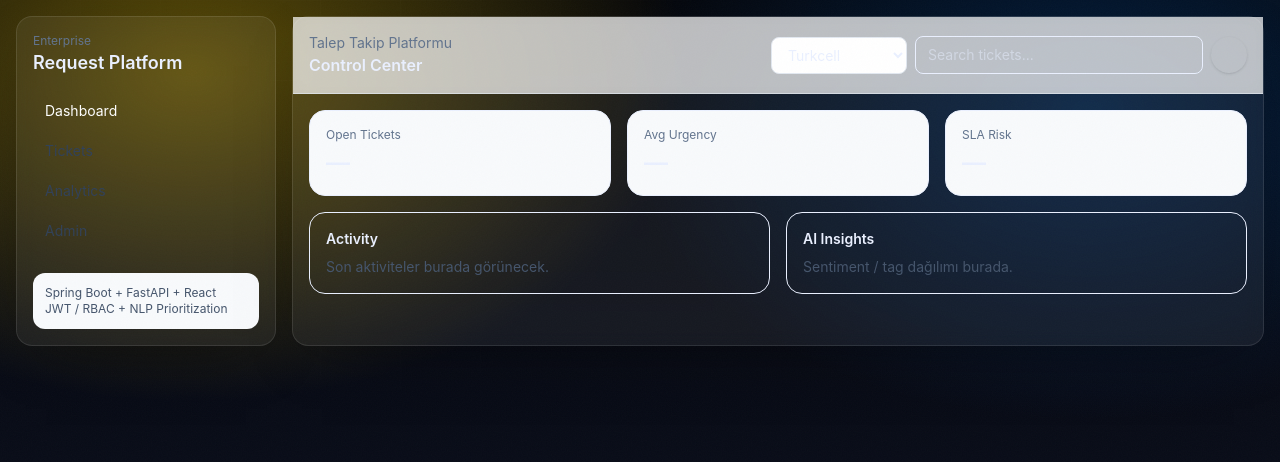
Repository: Salihapeker/enterprise-ai-ticket-system
Page: / (app in Desktop/enterprise-ai-ticket-system/frontend/)
The author's editor kept a copy of each file at every save. The page is drawn from the files as they stood at one save, then again after the next save.
The browser window is 1280 px wide. The pictures show the whole page.
The project was rebuilt for these pictures with package versions that can differ from the ones it lists, and the page was loaded fresh each time. Also part of the build but not shown: Desktop/enterprise-ai-ticket-system/frontend/vite.config.ts, Desktop/enterprise-ai-ticket-system/frontend/src/services/tickets.ts, Desktop/enterprise-ai-ticket-system/frontend/src/pages/TicketsPage.tsx, Desktop/enterprise-ai-ticket-system/frontend/src/pages/AnalyticsPage.tsx, Desktop/enterprise-ai-ticket-system/frontend/src/pages/AdminPage.tsx.

Above is the page before, as saved 2026-03-16 02:38:19.

After the next save:
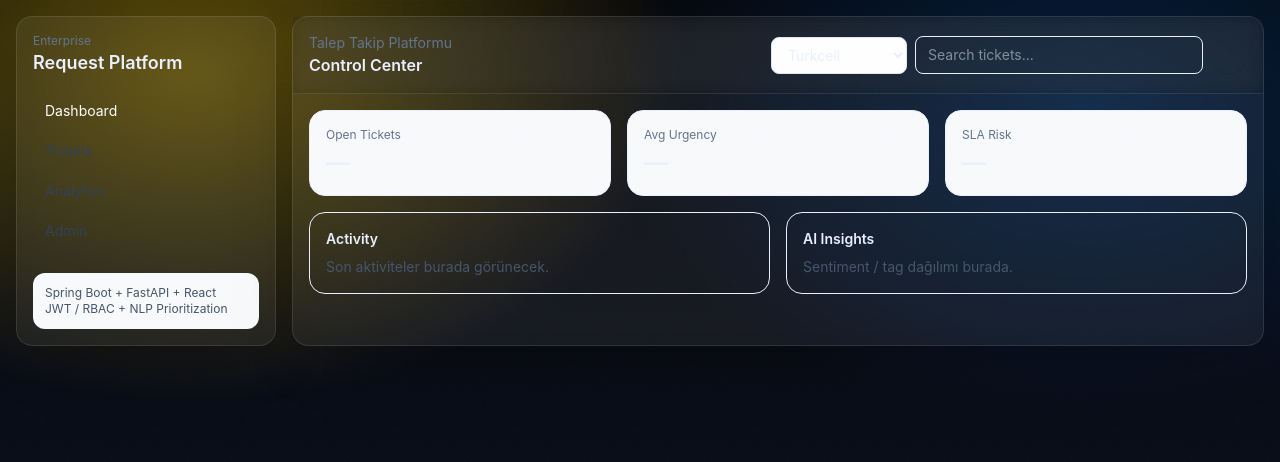
Saved 11 s later.
--- a/Desktop/enterprise-ai-ticket-system/frontend/src/components/layouts/AppShell.tsx
+++ b/Desktop/enterprise-ai-ticket-system/frontend/src/components/layouts/AppShell.tsx
@@ -49,7 +49,7 @@ export default function AppShell() {
           </aside>
 
           <main className="rounded-2xl border border-[var(--stroke)] bg-[var(--card)] shadow-[0_20px_60px_-30px_rgba(0,0,0,0.6)] backdrop-blur">
-            <header className="sticky top-0 z-10 flex items-center justify-between border-b border-slate-200/70 bg-white/70 p-4 backdrop-blur">
+            <header className="sticky top-0 z-10 flex items-center justify-between border-b border-[var(--stroke)] bg-[rgba(0,0,0,0.15)] p-4 backdrop-blur">
               <div>
                 <div className="text-sm text-slate-500">
                   Talep Takip Platformu
